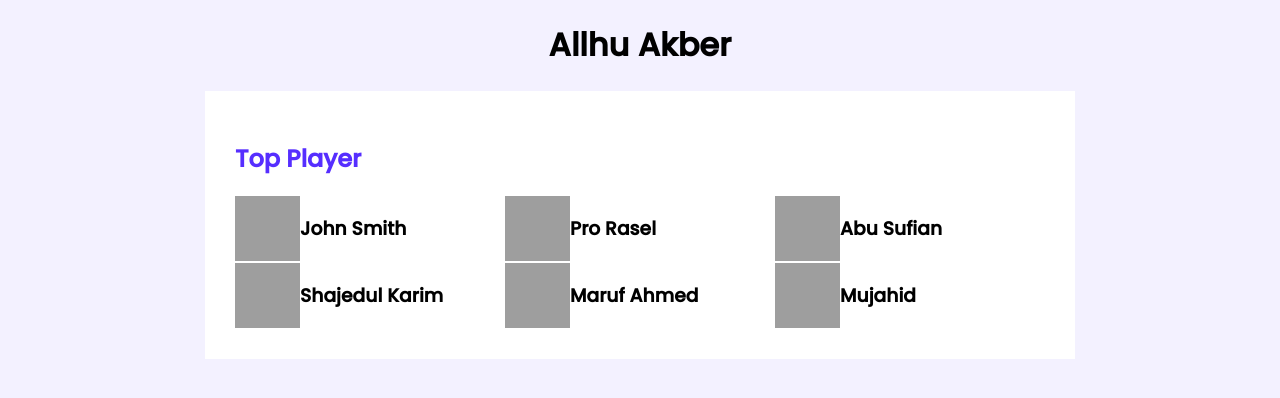
Repository: zjria/leader-board
Page: index.html
An editor plug-in stored every save of this project. The page is shown before and after the next save, followed by the edit.
The browser window is 1280 px wide. The pictures show the whole page.
Pictures or frames that could not be fetched are drawn as grey boxes.

Above is the page before, as saved 2022-09-03 09:37:45.

After the next save:
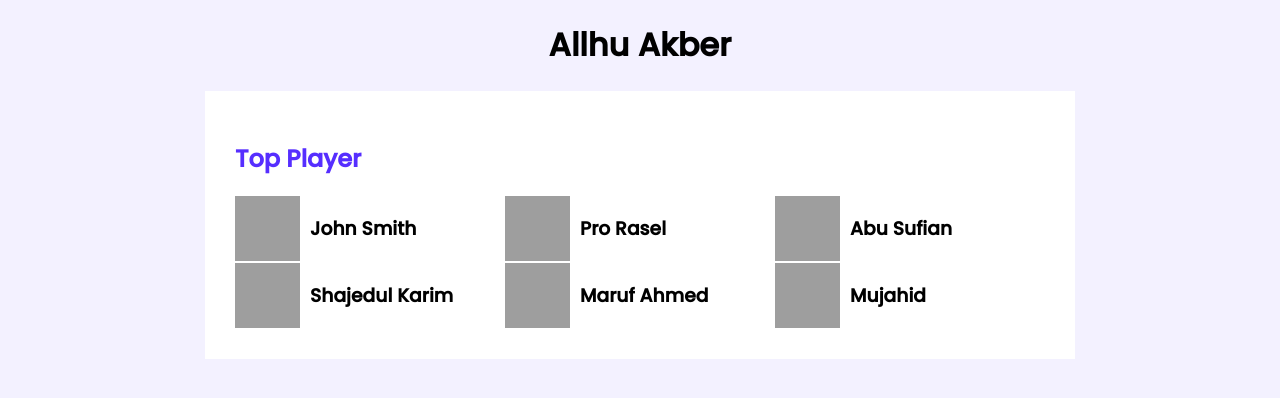
Saved 30 s later.
--- a/style/style.css
+++ b/style/style.css
@@ -50,4 +50,6 @@ main {
     height: 65px;
 }
 
-.name-title {}
+.name-title {
+    margin-left: 10px;
+}
